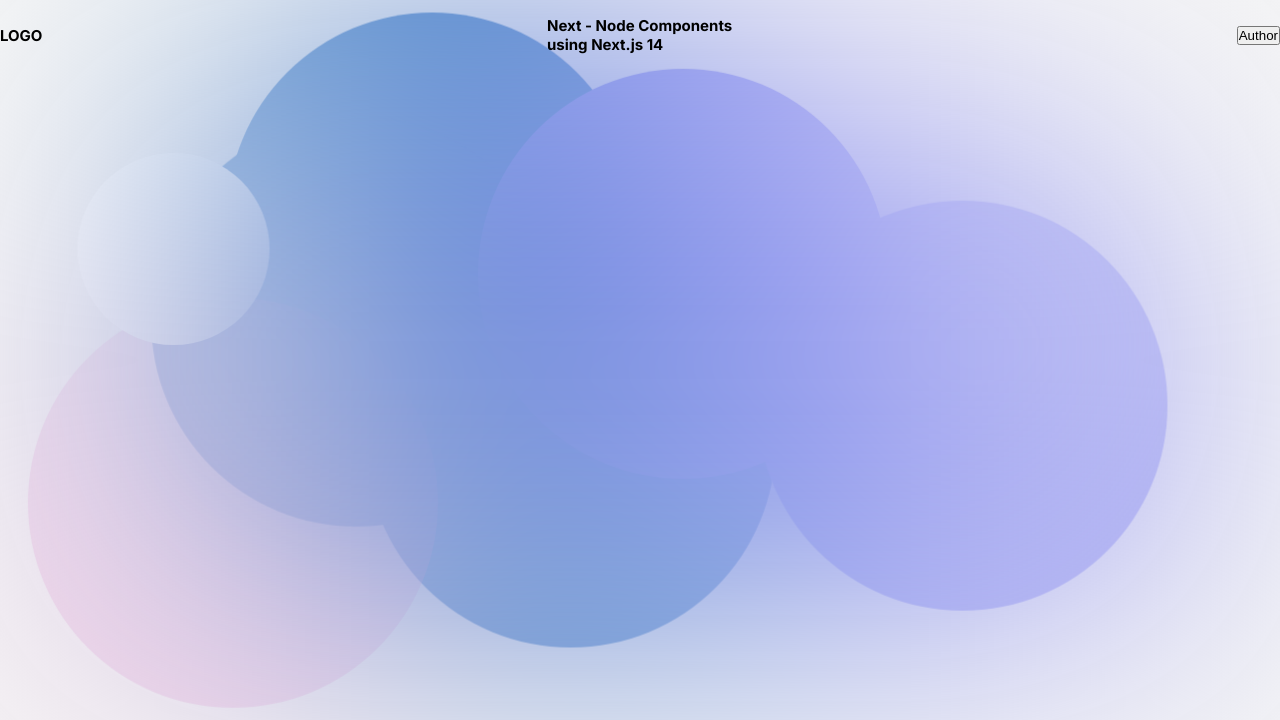
Repository: keval-gohil/komponents
Page: /
The author's editor kept a copy of each file at every save. The page is drawn from the files as they stood at one save, then again after the next save.
The browser window is 1280 px wide. The pictures show the whole page.
The project was rebuilt for these pictures with package versions that can differ from the ones it lists, and the page was loaded fresh each time. The framework's server and built-in components were replaced by stand-ins that run in the browser. Also part of the build but not shown: next.config.mjs.

Above is the page before, as saved 2024-03-07 11:29:30.

After the next save:
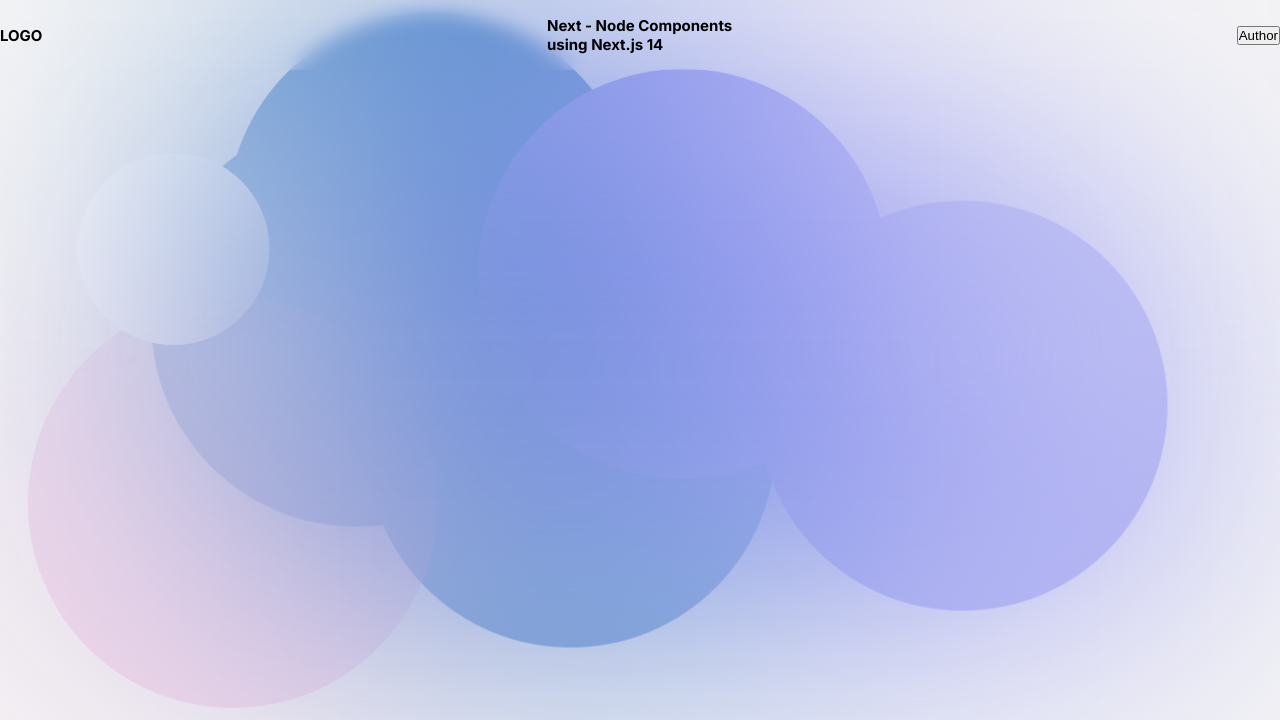
Saved 27 s later.
--- a/components/reuse/styles/style.css
+++ b/components/reuse/styles/style.css
@@ -3,4 +3,6 @@
     justify-content: space-between;
     align-items: center;
     height: 7rem;
+    background: transparent;
+    backdrop-filter: blur(10px);
 }
